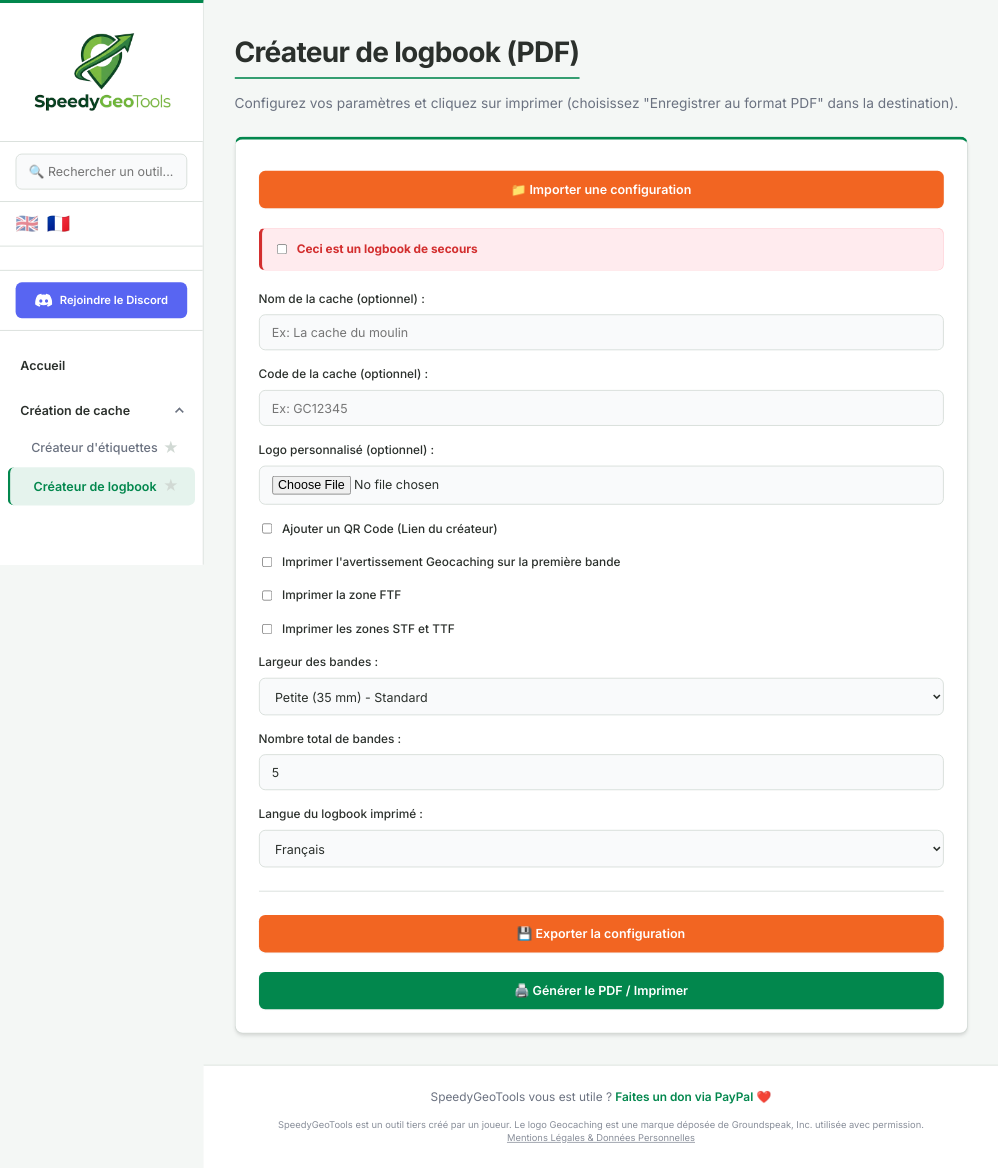
Repository: rodafux/SpeedyGeoTools
Page: fr/logbook.html
These files come from the project's save history. The page is drawn as it stood at one moment and after the next save; the edit follows.
The browser window is 1280 px wide. The pictures show the whole page, at 78% of full size.

Above is the page before, as saved 2026-04-11 01:49:19.

After the next save:
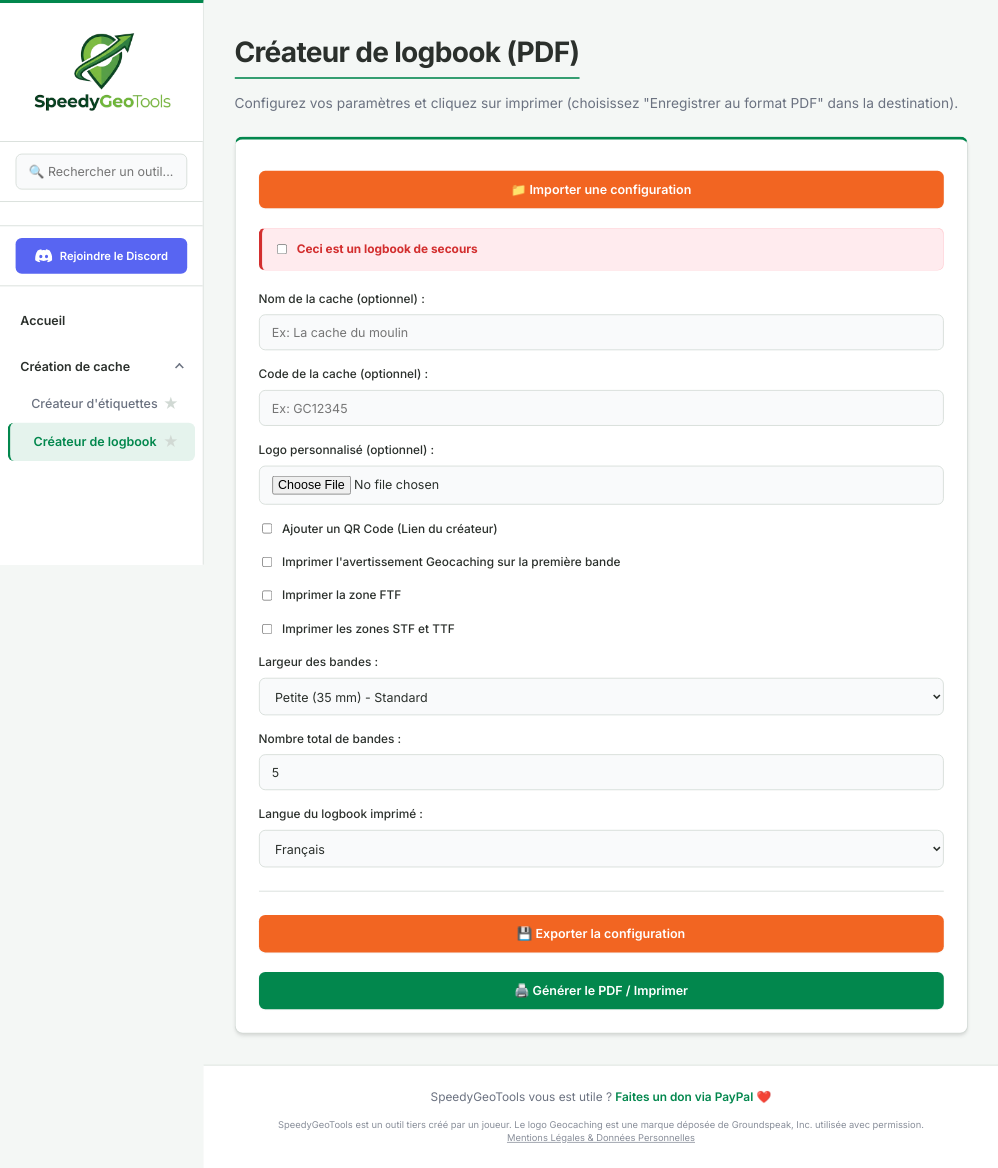
Saved 11 s later.
--- a/fr/logbook.html
+++ b/fr/logbook.html
@@ -26,10 +26,6 @@
         <div class="sidebar-content" id="sidebarContent">
             <div class="search-container">
                 <input type="text" id="toolSearch" placeholder="🔍 Rechercher un outil..." onkeyup="filterTools()">
-            </div>
-            <div style="padding: 10px 20px; border-bottom: 1px solid var(--border-color); display: flex; gap: 10px;">
-                <a href="../logbook.html" style="text-decoration: none; font-size: 1.5rem; opacity: 0.5;">🇬🇧</a>
-                <a href="logbook.html" style="text-decoration: none; font-size: 1.5rem; opacity: 1;">🇫🇷</a>
             </div>
             <div id="google_translate_element" class="translation-widget"></div>
             <div class="sidebar-discord">
